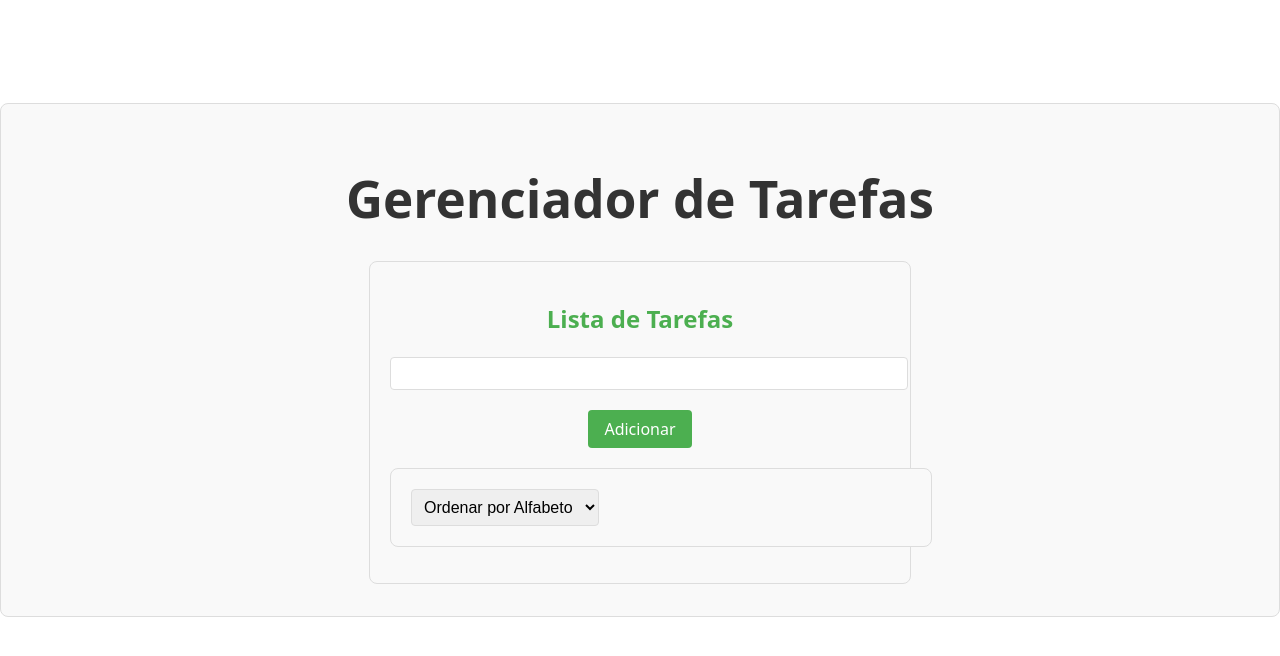
Repository: matheusarrabal12/todo
Page: /
The author's editor kept a copy of each file at every save. The page is drawn from the files as they stood at one save, then again after the next save.
The browser window is 1280 px wide. The pictures show the whole page.
The project was rebuilt for these pictures with package versions that can differ from the ones it lists, and the page was loaded fresh each time. Also part of the build but not shown: vite.config.js.

Above is the page before, as saved 2025-04-03 15:12:32.

### src/App.jsx
import ListaTarefas from './components/ListaTarefas';

import './App.css';

function App() {
  return(
    < >
    <h1>Gerenciador de Tarefas</h1>
    <ListaTarefas />
    </>
  ) ;
}

export default App;

### src/components/ListaTarefas.jsx
import { useState, useEffect } from "react";
import './ListaTarefas.css';

function ListaTarefas() {
  const [tarefas, setTarefa] = useState([]);
  const [novaTarefa, setNovaTarefa] = useState("");
  const [ordenacao, setOrdenacao] = useState("alfabetica");

  useEffect(() => {
    // Recupera as tarefas do localStorage ao carregar a página
    const tarefasSalvas = JSON.parse(localStorage.getItem("tarefas"));
    if (tarefasSalvas) {
      setTarefa(tarefasSalvas);
    }
  }, []);

  useEffect(() => {
    // Salva as tarefas no localStorage sempre que a lista mudar
    localStorage.setItem("tarefas", JSON.stringify(tarefas));
  }, [tarefas]);

  const adicionarTarefa = () => {
    if (novaTarefa.trim() !== "") {
      const novaTarefaObj = { texto: novaTarefa, concluida: false, dataAdicao: new Date() };
      setTarefa([...tarefas, novaTarefaObj]);
      setNovaTarefa("");
    }
  };

  const removerTarefa = (indice) => {
    setTarefa(tarefas.filter((_, i) => i !== indice));
  };

  const marcarTarefaConcluida = (indice) => {
    const novasTarefas = [...tarefas];
    novasTarefas[indice].concluida = !novasTarefas[indice].concluida;
    setTarefa(novasTarefas);
  };

  const ordenarTarefas = (criterio) => {
    let tarefasOrdenadas = [...tarefas];
    if (criterio === "alfabetica") {
      tarefasOrdenadas.sort((a, b) => a.texto.localeCompare(b.texto));
    } else if (criterio === "data") {
      tarefasOrdenadas.sort((a, b) => b.dataAdicao - a.dataAdicao);
    }
    setTarefa(tarefasOrdenadas);
    setOrdenacao(criterio);
  };

  return (
    <div>
      <h2>Lista de Tarefas</h2>
      <input
        type="text"
        value={novaTarefa}
        onChange={(e) => setNovaTarefa(e.target.value)}
      />
      <button onClick={adicionarTarefa}>Adicionar</button>

      <div id="ordenacao">
        <select value={ordenacao} onChange={(e) => ordenarTarefas(e.target.value)}>
          <option value="alfabetica">Ordenar por Alfabeto</option>
          <option value="data">Ordenar por Data</option>
        </select>
      </div>

      <ul>
        {tarefas.map((tarefa, indice) => (
          <li key={indice} className={tarefa.concluida ? "concluida" : ""}>
            {tarefa.texto}
            <div>
              <button className="marcar-concluida" onClick={() => marcarTarefaConcluida(indice)}>
                {tarefa.concluida ? "Desmarcar" : "Concluir"}
              </button>
              <button className="remover" onClick={() => removerTarefa(indice)}>Remover</button>
            </div>
          </li>
        ))}
      </ul>
    </div>
  );
}

export default ListaTarefas;

### src/components/ListaTarefas.css
/* Estilos para a lista de tarefas */
h2 {
    text-align: center;
    color: #4caf50;
  }

  h1 {
    text-align: center;
    color: #333;
  }

  div {
    width: 100%;
    max-width: 500px;
    margin: 0 auto;
    padding: 20px;
    border: 1px solid #ddd;
    border-radius: 8px;
    background-color: #f9f9f9;
  }

  input[type="text"] {
    width: 100%;
    padding: 8px;
    margin-bottom: 10px;
    border: 1px solid #ddd;
    border-radius: 4px;
  }

  button {
    padding: 8px 16px;
    background-color: #4caf50;
    color: white;
    border: none;
    border-radius: 4px;
    cursor: pointer;
    font-size: 16px;
    margin-top: 10px;
  }

  button:hover {
    background-color: purple;
  }

  ul {
    list-style-type: none;
    padding: 0;
  }

  li {
    display: flex;
    justify-content: space-between;
    align-items: center;
    padding: 10px;
    margin-bottom: 8px;
    background-color: #fff;
    border: 1px solid #ddd;
    border-radius: 4px;
  }

  li.concluida {
    text-decoration: line-through;
    background-color: #e0e0e0;
  }

  button.remover {
    background-color: #f44336;
  }

  button.remover:hover {
    background-color: #e53935;
  }

  button.marcar-concluida {
    background-color: #2196f3;
  }

  button.marcar-concluida:hover {
    background-color: #1976d2;
  }

  #ordenacao {
    margin-top: 20px;
    display: flex;
    justify-content: space-between;
  }

  #ordenacao select {
    padding: 8px;
    font-size: 16px;
    border-radius: 4px;
    border: 1px solid #ddd;
  }

Loaded but not shown: index.html (common file); src/main.jsx (common file); src/index.css (common file); src/App.css (common file)

After the next save:
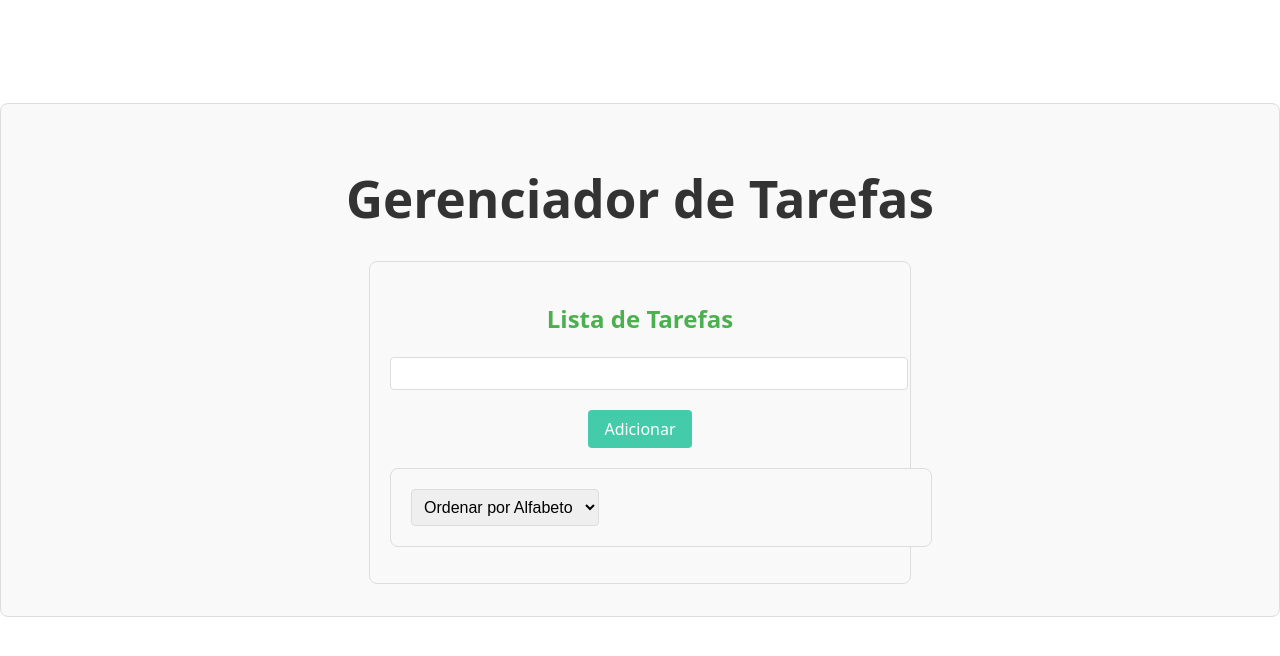
Saved 13 s later.
--- a/src/components/ListaTarefas.css
+++ b/src/components/ListaTarefas.css
@@ -29,7 +29,7 @@ h2 {
 
   button {
     padding: 8px 16px;
-    background-color: #4caf50;
+    background-color: #4caf;
     color: white;
     border: none;
     border-radius: 4px;
